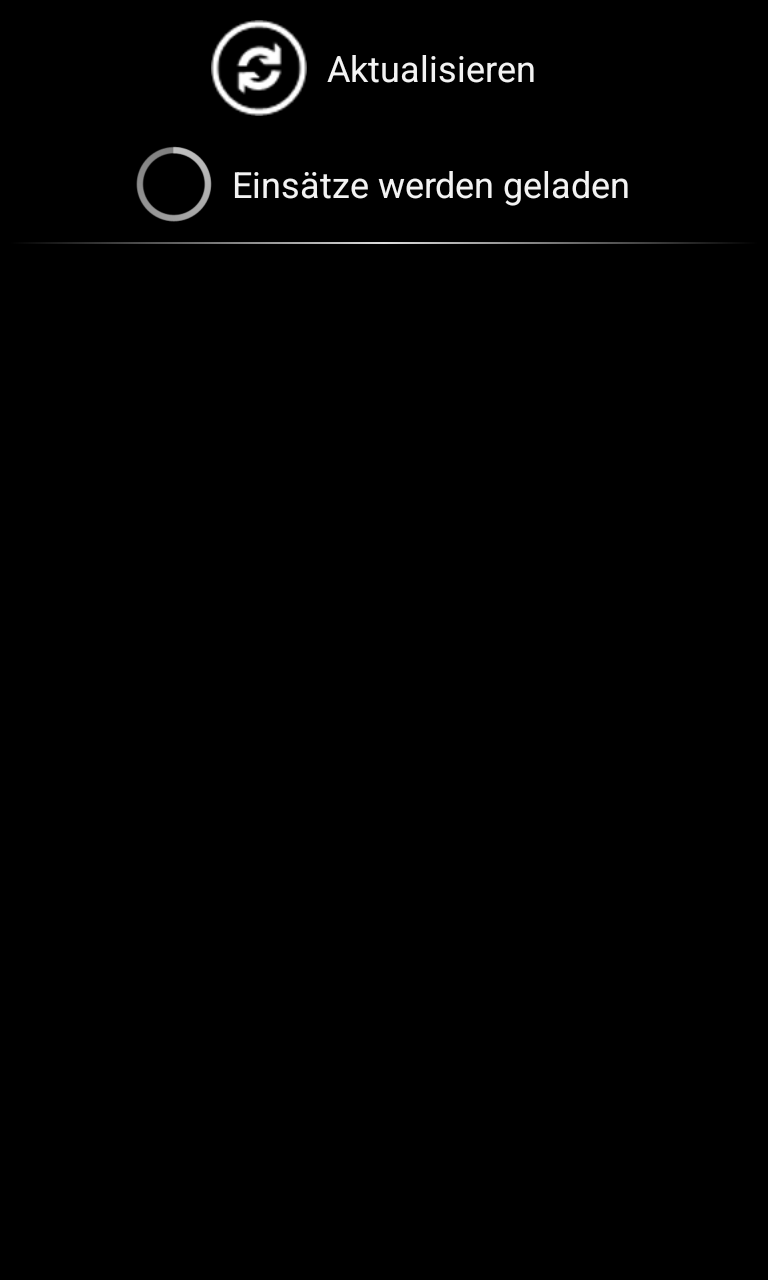
Repository: dwonisch/firefighterapp
Layout: FireFighter/res/layout/main.xml
These files come from the project's save history. The layout is drawn as it stood at one moment and after the next save; the edit follows.
It is drawn on a 768 x 1280 px phone screen (xhdpi) without system bars, with theme android:Theme.Holo; the app's code is not run. Lists and similar views that code fills are empty.

Above is the layout before, as saved 2012-10-11 18:59:31.

### FireFighter/res/layout/main.xml
<?xml version="1.0" encoding="utf-8"?>
<LinearLayout xmlns:android="http://schemas.android.com/apk/res/android"
    android:layout_width="wrap_content"
    android:layout_height="fill_parent"
    android:orientation="vertical" >

    <LinearLayout
        xmlns:android="http://schemas.android.com/apk/res/android"
        android:layout_width="wrap_content"
        android:layout_height="wrap_content"
        android:orientation="vertical"
        android:padding="5dp" >

        <LinearLayout
            android:id="@+id/refresh"
            android:layout_width="match_parent"
            android:layout_height="wrap_content"
            android:layout_gravity="center_vertical|center_horizontal"
            android:gravity="center"
            android:onClick="onRefresh"
            android:padding="5dp" >

            <ImageView
                android:layout_width="wrap_content"
                android:layout_height="wrap_content"
                android:layout_gravity="center_vertical|center_horizontal"
                android:contentDescription="Refresh"
                android:src="@drawable/refresh" />

            <TextView
                android:id="@+id/progress_Text"
                android:layout_width="wrap_content"
                android:layout_height="fill_parent"
                android:gravity="center_vertical|center_horizontal"
                android:padding="10dp"
                android:text="Aktualisieren"
                android:textAppearance="?android:attr/textAppearanceMedium" />
        </LinearLayout>


        <LinearLayout
            android:id="@+id/progress"
            android:layout_width="match_parent"
            android:layout_height="wrap_content"
            android:gravity="center"
            android:padding="5dp" >

            <ProgressBar
                android:id="@+id/progressBar"
                android:layout_width="wrap_content"
                android:layout_height="wrap_content" />

            <TextView
                android:id="@+id/progress_Text"
                android:layout_width="wrap_content"
                android:layout_height="fill_parent"
                android:gravity="center_vertical|center_horizontal"
                android:padding="5dp"
                android:text="Einsätze werden geladen"
                android:textAppearance="?android:attr/textAppearanceMedium" />
        </LinearLayout>

        <View
            android:layout_width="fill_parent"
            android:layout_height="1dp"
            android:background="@layout/gradient" />
    </LinearLayout>

    <LinearLayout
        android:id="@+id/connectionLost"
        android:layout_width="fill_parent"
        android:layout_height="fill_parent"
        android:layout_gravity="center_vertical|center_horizontal"
        android:gravity="center_horizontal|center_vertical"
        android:onClick="onRefresh"
        android:orientation="vertical"
        android:visibility="gone" >

        <TextView
            android:id="@+id/progress_Text"
            android:layout_width="fill_parent"
            android:layout_height="wrap_content"
            android:gravity="center_vertical|center_horizontal"
            android:text="Verbindung fehlgeschlagen"
            android:textAppearance="?android:attr/textAppearanceMedium" />

        <TextView
            android:id="@+id/progress_Text"
            android:layout_width="fill_parent"
            android:layout_height="wrap_content"
            android:gravity="center_vertical|center_horizontal"
            android:text="Zum Wiederholen tippen"
            android:textAppearance="?android:attr/textAppearanceSmall" />
    </LinearLayout>

    <ListView
        android:id="@+id/bookListView"
        android:layout_width="fill_parent"
        android:layout_height="fill_parent"
        android:divider="#ffffff"
        android:padding="5dp" >
    </ListView>

</LinearLayout>

### FireFighter/res/layout/gradient.xml
<?xml version="1.0" encoding="utf-8"?>
<layer-list xmlns:android="http://schemas.android.com/apk/res/android">
   <item>
      <shape android:shape="rectangle">
    <gradient
        android:angle="180"
        android:centerColor="#DDDDDD"
        android:endColor="#000000"
        android:startColor="#000000"
        android:type="linear" />
      </shape>
   </item>
</layer-list>

After the next save:
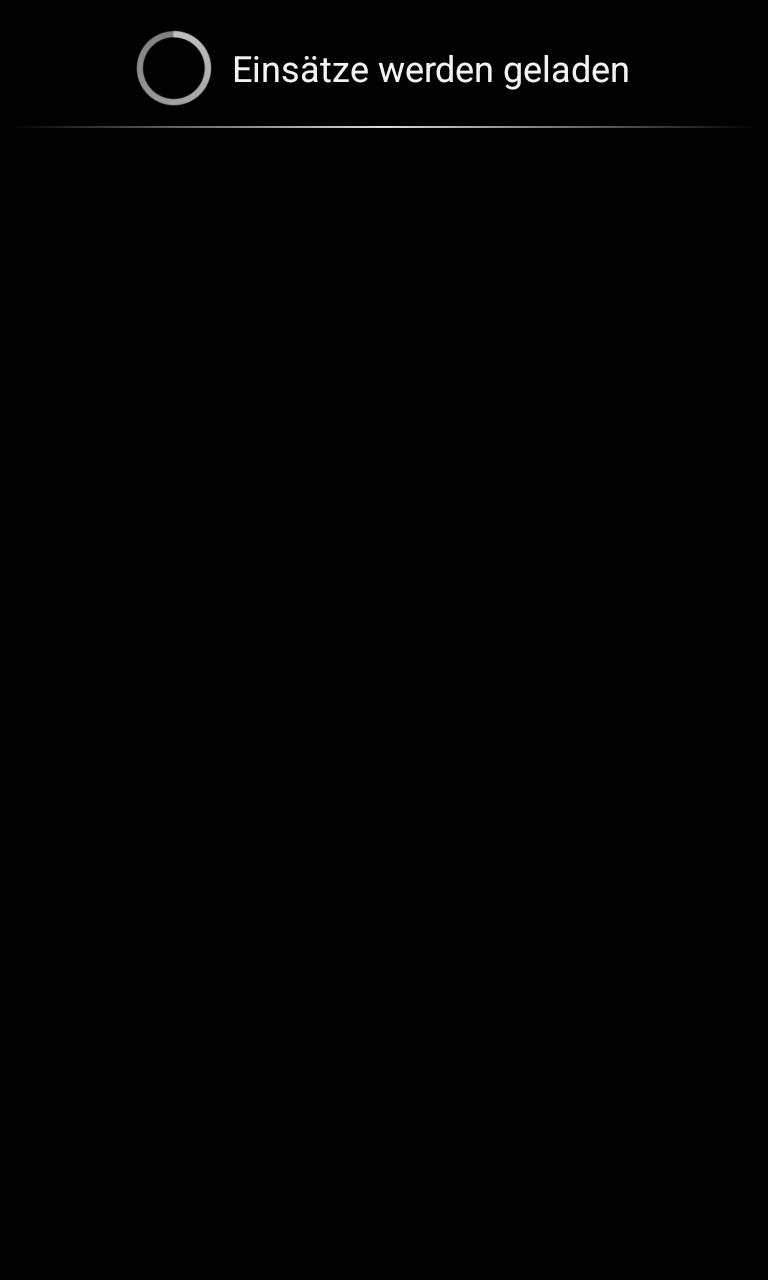
Saved 34 s later.
--- a/FireFighter/res/layout/main.xml
+++ b/FireFighter/res/layout/main.xml
@@ -18,7 +18,8 @@
             android:layout_gravity="center_vertical|center_horizontal"
             android:gravity="center"
             android:onClick="onRefresh"
-            android:padding="5dp" >
+            android:padding="5dp"
+            android:visibility="gone" >
 
             <ImageView
                 android:layout_width="wrap_content"
